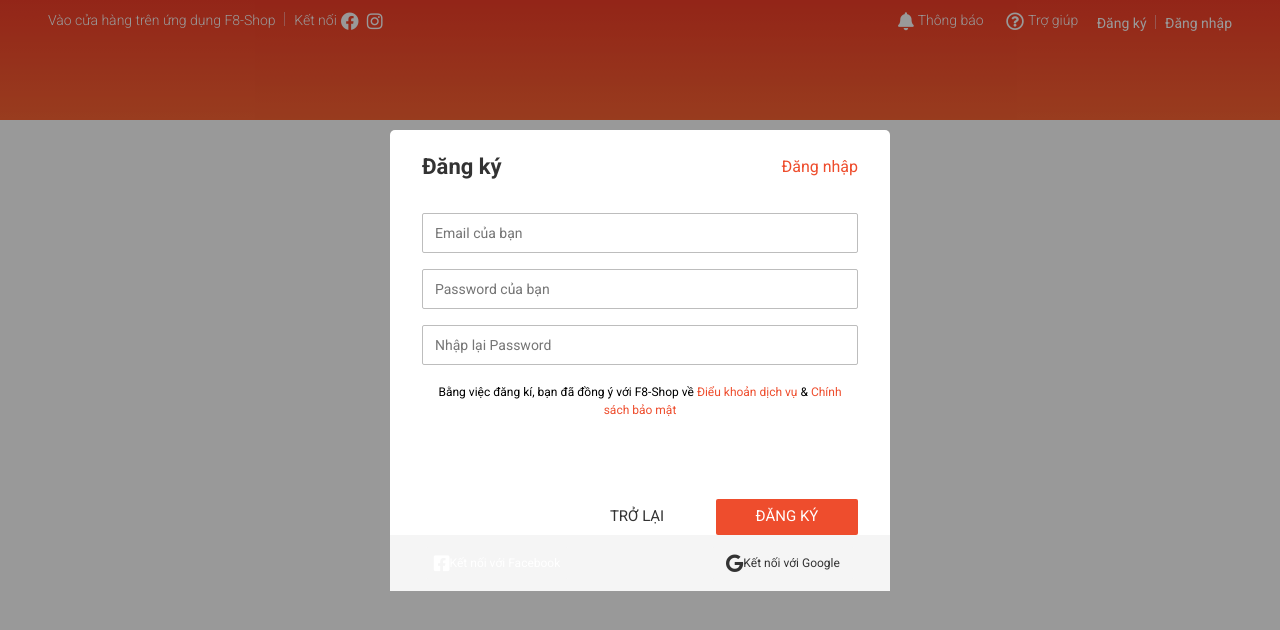
Repository: tvhoangit/tvhoangit.github.io
Page: Shoppe/index.html
The author's editor kept a copy of each file at every save. The page is drawn from the files as they stood at one save, then again after the next save.
The browser window is 1280 px wide. The pictures show the whole page.

Above is the page before, as saved 2021-10-17 11:47:45.

### Shoppe/index.html
<!DOCTYPE html>
<html lang="en">
<head>
    <meta charset="UTF-8">
    <meta http-equiv="X-UA-Compatible" content="IE=edge">
    <meta name="viewport" content="width=device-width, initial-scale=1.0">
    <title>Document</title>
    <link rel="stylesheet" href="https://cdnjs.cloudflare.com/ajax/libs/normalize/8.0.1/normalize.min.css">
    <link rel="stylesheet" href="./assets/css/base.css">
    <link rel="stylesheet" href="./assets/css/main.css">
    <link rel="stylesheet" href="./assets/fonts/fontawesome-free-5.15.4-web/fontawesome-free-5.15.4-web/css/all.min.css">
    <link href="https://fonts.googleapis.com/css2?family=Open+Sans&family=Roboto:wght@300;400;500;700;900&display=swap" rel="stylesheet">
</head>
<body>

    <div class="app">
        <header class="header">
            <div class="grid">
                <nav class="header__navbar">
                    <ul class="header__navbar-list">
                        <li class="header__navbar-item header__navbar-item--qr header__navbar-item--separate">
                            Vào cửa hàng trên ứng dụng F8-Shop
                            <div class="header__qr">
                                <img src="./assets/img/QR.png" alt="QR code" class="header__qr-img">
                                <div class="header__qr-apps">
                                    <a href="" class="header__qr-link">
                                        <img src="./assets/img/gg_play.jpg" alt="GG Play" class="header__qr-dowload-img">
                                    </a>
                                    <a href="" class="header__qr-link">
                                        <img src="./assets/img/apstore.jpg" alt="ApStore" class="header__qr-dowload-img">
                                    </a>
                                </div>
                            </div>
                        </li>
                        <li class="header__navbar-item">
                            <span class="header__navbar-title--no-pointer">Kết nối</span>
                            <a href="" class="header__navbar-icon-link">
                                <i class="header__navbar--icon fab fa-facebook"></i>
                            </a>
                            <a href="" class="header__navbar-icon-link">
                                <i class="header__navbar--icon fab fa-instagram"></i>
                            </a>
                        </li>
                    </ul>

                    <ul class="header__navbar-list">
                        <li class="header__navbar-item header__navbar-item--has-notify">
                            <i class="header__navbar--icon fas fa-bell"></i>
                            <a href="" class="header__navbar-item-link">Thông báo</a>
                            <div class="header__notify">
                                <header class="header__notify--header">
                                    <h3>Thông báo mới nhận</h3>
                                </header>
                                <ul class="header__notify-list">
                                    <li class="header__notify-item header__notify-item--viewed">
                                        <a href="" class="header__notify-link">
                                            <span>
                                                <img src="./assets/img/myphamohui.png" alt="" class="header__notify-img">
                                            </span>
                                            <div class="header__notify-info">
                                                <span class="header__notify-name">Mỹ phẩm Ohui chính hãng</span>
                                                <span class="header__notify-description">Mô tả</span>
                                            </div>
                                        </a>
                                    </li>
                                    <li class="header__notify-item">
                                        <a href="" class="header__notify-link">
                                            <span>
                                                <img src="./assets/img/myphamohui.png" alt="" class="header__notify-img">
                                            </span>
                                            <div class="header__notify-info">
                                                <span class="header__notify-name">Mỹ phẩm Ohui chính hãng</span>
                                                <span class="header__notify-description">Mô tả</span>
                                            </div>
                                        </a>
                                    </li>
                                    <li class="header__notify-item">
                                        <a href="" class="header__notify-link">
                                            <span>
                                                <img src="./assets/img/myphamohui.png" alt="" class="header__notify-img">
                                            </span>
                                            <div class="header__notify-info">
                                                <span class="header__notify-name">Mỹ phẩm Ohui chính hãng</span>
                                                <span class="header__notify-description">Mô tả</span>
                                            </div>
                                        </a>
                                    </li>
                                </ul>
                                <div class="header__notify-footer">
                                    <a href="" class="header__notify-footer-btn">Xem tất cả</a>
                                </div>
                            </div>
                        </li>
                        <li class="header__navbar-item">
                            <i class="header__navbar--icon far fa-question-circle"></i>
                            <a href="" class="header__navbar-item-link">Trợ giúp</a>
                        </li>
                        <li class="header__navbar-item header__navbar-item--strong header__navbar-item--separate">Đăng ký</li>
                        <li class="header__navbar-item header__navbar-item--strong">Đăng nhập</li>
                    </ul>
                </nav>
            </div>
        </header>
    </div>
    <div class="container">


    </div>
    <div class="footer">

    </div>


    <!-- Form Đăng ký đăng nhập -->
    <div class="modal">
        <div class="modal__overlay">

        </div>
        <div class="modal__body">
                <!-- authen form -->
            <div class="auth-form">
                <div class="auth-form__container">
                    <div class="auth-form__header">
                        <h3 class="auth-form__heading">Đăng ký</h3>
                        <span class="auth-form__switch-btn">Đăng nhập</span>
                    </div>
                    <div class="auth-form__form">
                        <div class="auth-form__group">
                            <input type="text" class="auth-form__input" placeholder="Email của bạn">
                        </div>
                        <div class="auth-form__group">
                            <input type="password" class="auth-form__input" placeholder="Password của bạn">
                        </div>
                        <div class="auth-form__group">
                            <input type="password" class="auth-form__input" placeholder="Nhập lại Password">
                        </div>
                    </div>
                    <div class="auth-form__aside">
                        <p class="auth-form__policy-text">
                            Bằng việc đăng kí, bạn đã đồng ý với F8-Shop về
                            <a href="" class="auth-form__text-link">Điểu khoản dịch vụ </a>&
                            <a href="" class="auth-form__text-link">Chính sách bảo mật</a>
                        </p>
                    </div>
                    <div class="auth-form__controls">
                        <button class="btn auth-form__controls-back">TRỞ LẠI</button>
                        <button class="btn btn--primary">ĐĂNG KÝ</button>
                    </div>
                </div>
                <div class="auth-form__socials">
                    <a href="" class="btn btn--size-s btn--width-icon auth-form__socials--facebook">
                        <i class="auth-form__socials-icon fab fa-facebook-square"></i>
                        Kết nối với Facebook
                    </a>
                    <a href="" class="btn btn--size-s btn--width-icon auth-form__socials--google">
                        <i class="auth-form__socials-icon fab fa-google"></i>
                        Kết nối với Google
                    </a>
                </div>
            </div>
        </div>
    </div>

</body>
</html>

### Shoppe/assets/css/base.css
:root{
    --primary-color: #EE4D2D;
    --white-color: #fff;
    --black-color: #000;
    --text-color: #333;
    --border-color: #bdbdbd;
}

*{
    box-sizing: inherit;
}

html{
    font-size: 62.5%;
    line-height: 1.6rem;
    font-family: 'Roboto', sans-serif;
    box-sizing: border-box;
}

.grid{
    width: 1200px;
    max-width: 100%;
    margin: 0 auto;
}

.grid__full-width{
    width: 100%;
}

.grid__row{
    display: flex;
    flex-wrap: wrap;
}

/* Animation */
@keyframes fadeIn {
    from {
        opacity: 0;
    }
    to {
        opacity: 1;
    }
}
/* Modal */
.modal {
    position: fixed;
    top: 0;
    right: 0;
    bottom: 0;
    left: 0;
    display: flex;
}
.modal__overlay {
    position: absolute;
    width: 100%;
    height: 100%;
    background-color: rgba(0, 0, 0, 0.4);
}
.modal__body {
    background-color: var(--white-color);
    margin: auto;
    position: relative;
    z-index: 1;
    border-radius: 5px;
}

/* button style */
.btn {
    min-width: 142px;
    height: 36px;
    text-decoration: none;
    border: none;
    border-radius: 2px;
    font-size: 1.5rem;
    padding: 0;
    background-color: var(--white-color);
    outline: none;
    cursor: pointer;
    color: var(--text-color);
    display: flex;
    align-items: center;
    justify-content: center;
}
.btn:hover {
    background-color: rgba(0, 0, 0, 0.05);
}
.btn.btn--size-s{
    height: 32px;
    font-size: 1.2rem;
    background-color: #F5F5F5;
}
.btn.btn--primary {
    background-color: var(--primary-color);
    color: var(--white-color);
}
.btn.btn--disabled {
    color: #949494;
    cursor: default;
    background-color: #c3c3c3;
}

### Shoppe/assets/css/main.css
.header {
    height: 120px;
    background-image: linear-gradient(0, #fe6433, #f53e28);
}
.header__navbar {
    display: flex;
    justify-content: space-between;
    padding-top: 8px;
}
.header__navbar-list {
    list-style: none;
    padding-left: 0;
    margin-top: 4px;
}
.header__navbar-item {
    display: inline-block;
    margin: 0 8px 0px 8px;
    position: relative;
    min-height: 26px;
}
.header__navbar-item--qr:hover .header__qr {
    display: block;
}
.header__navbar-item--has-notify:hover .header__notify {
    display: block;
}
.header__navbar-item,
.header__navbar-item-link {
    font-size: 1.4rem;
    color: var(--white-color);
    text-decoration: none;
    font-weight: 300;
}
.header__navbar-item:hover,
.header__navbar-icon-link:hover,
.header__navbar-item-link:hover {
    color: rgba(255, 255, 255, 0.7);
    cursor: pointer;
}
.header__navbar-item,
.header__navbar-item-link,
.header__navbar-icon-link{
    display: inline-flex;
    text-align: center;
}
.header__navbar-item--strong {
    font-weight: 400;
}
.header__navbar-item--separate::after {
    content: "";
    display: block;
    position: absolute;
    border-left: 1px solid #FB9086;
    height: 14px;
    right: -9px;
    top: 25%;
    transform: translateY(-50%);
}
.header__navbar-icon-link {
    color: var(--white-color);
    text-decoration: none;
}
.header__navbar--icon {
    font-size: 1.8rem;
    margin: 0 4px;
}
.header__navbar-title--no-pointer {
    cursor: text;
    color: var(--white-color);
}
.header__qr {
    width: 186px;
    background-color: var(--white-color);
    position: absolute;
    left: 0;
    top: 100%;
    padding: 8px;
    border-radius: 2px;
    display: none;
    animation: fadeIn ease 0.3s;
}
.header__qr-img {
    width: 100%;
}
.header__qr-apps {
    display: flex;
    justify-content: space-between;
}
.header__qr-link {
    margin: 0px 11px;
}
.header__qr-dowload-img {
    height: 15px;
}

/* Header notification */
.header__notify {
    position: absolute;
    top: 100%;
    width: 404px;
    right: 0;
    border: 1px solid #D3D3D3;
    background-color: var(--white-color);
    cursor: default;
    /* lấy tâm để dịch chuyển */
    transform-origin: calc(100% - 20px) top;
    animation: headerNotifyGrowth ease-in 0.2s;
    /* nói cho web biết thuộc tính gì sẽ thay đổi để tối ưu hơn */
    will-change: opacity, transform;
    display: none;
}
.header__notify::before {
    content: "";
    border-width: 20px 27px;
    border-style: solid;
    border-color: transparent transparent var(--white-color) transparent;
    position: absolute;
    right: 4px;
    top: -30px;
}
@keyframes headerNotifyGrowth {
    from {
        opacity: 0;
        transform: scale(0);
    }
    to {
        opacity: 1;
        transform: scale(1);
    }
}
.header__notify--header {
    height: 40px;
    background-color: var(--white-color);
    margin-top: -15px;
}
.header__notify--header h3 {
    color: #999;
    margin-right: 237px;
    font-weight: 400;
    font-size: 1.5rem;
    line-height: 40px;

}
.header__notify-list {
    padding-left: 0;
}
.header__notify-item {
    display: flex;
}
.header__notify-item:hover {
    background-color: #f7f7f7;
}
.header__notify-item--viewed {
    background-color: rgba(238,75,43,0.08);
}
.header__notify-link {
    display: flex;
    width: 100%;
    padding: 12px;
    text-decoration: none;
}
.header__notify-img {
    width: 48px;
}
.header__notify-info {
    margin-left: 12px;
}
.header__notify-name {
    display: block;
    font-size: 1.4rem;
    color: var(--text-color);
    font-weight: 400;
    line-height: 1.8rem;
}
.header__notify-description {
    display: block;
    font-size: 1.2rem;
    line-height: 1.6rem;
    color: #756F6E;
    text-align: left;
    margin-top: 4px;;
}
.header__notify-footer {
    height: 40px;
}
.header__notify-footer-btn {
    text-decoration: none;
    line-height: 40px;
    color: var(--text-color);
    padding: 8px 32px;
    font-weight: 400;
}

/* Authen modal */
.auth-form {
    width: 500px;
}
.auth-form__container {
    padding: 0 32px;
}
.auth-form__header {
    display: flex;
    align-items: center;
    justify-content: space-between;
    padding-top: 7px;
}
.auth-form__heading {
    font-size: 2.2rem;
    font: weight 400px;
    color: var(--text-color);
}
.auth-form__switch-btn {
    font-size: 1.6rem;
    color: var(--primary-color);
    font-weight: 400;
    cursor: pointer;
}
.auth-form__form {
}
.auth-form__input {
    width: 100%;
    height: 40px;
    margin-top: 16px;
    padding: 0 12px;
    font-size: 1.4rem;
    border: 1px solid var(--border-color);
    border-radius: 2px;
    outline: none;
}
.auth-form__input:focus {
    border-color: #888;
}
.auth-form__aside {
    margin-top: 18px;
}
.auth-form__policy-text {
    font-size: 1.2rem;
    line-height: 1.8rem;
    text-align: center;
    padding: 0 12px;
}
.auth-form__text-link {
    text-decoration: none;
    color: var(--primary-color);
}
.auth-form__controls {
    margin-top: 80px;
    display: flex;
    justify-content: flex-end;
}
.auth-form__controls-back {
    margin-right: 8px;
}
.auth-form__socials {
    background-color: #F5F5F5;
    padding: 12px 36px;
    display: flex;
    justify-content: space-between;
}
.auth-form__socials-icon {
    font-size: 1.8rem;
}
.auth-form__socials--facebook {
    background-color: #3A5A98;
    color: var(--white-color);
}
.auth-form__socials--facebook
.auth-form__socials--icon {
    color: var(--white-color);
}

Loaded but not shown: Shoppe/assets/fonts/fontawesome-free-5.15.4-web/fontawesome-free-5.15.4-web/css/all.min.css (library)

After the next save:
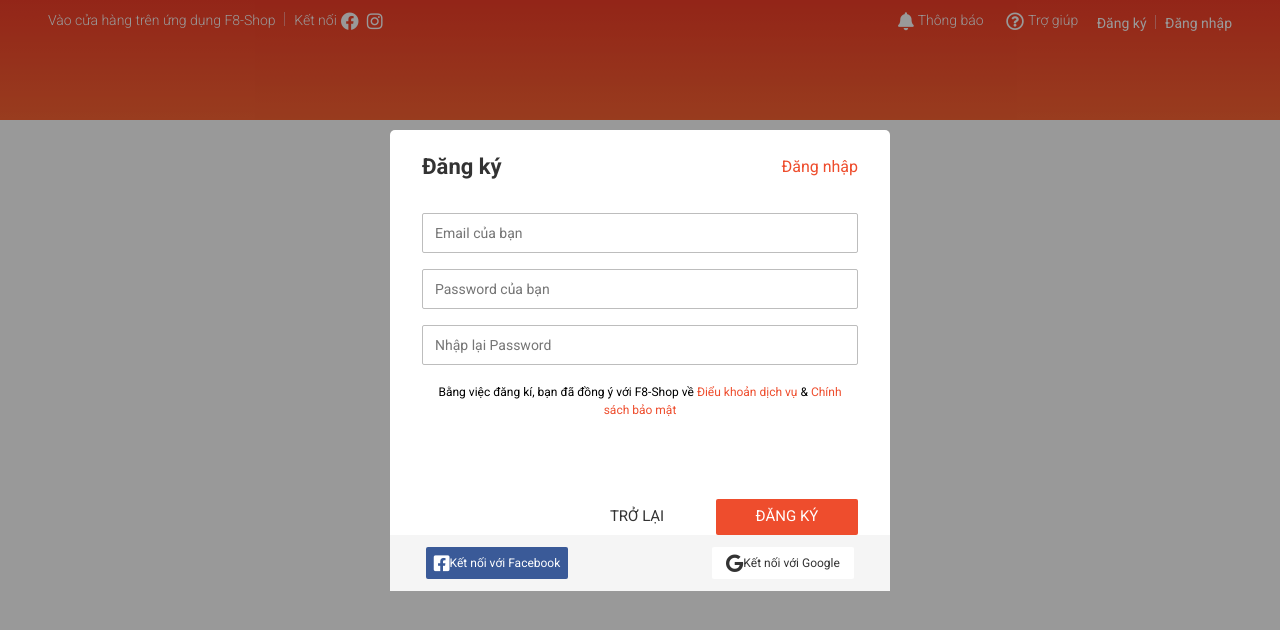
Saved 15 s later.
--- a/Shoppe/assets/css/base.css
+++ b/Shoppe/assets/css/base.css
@@ -87,7 +87,6 @@
 .btn.btn--size-s{
     height: 32px;
     font-size: 1.2rem;
-    background-color: #F5F5F5;
 }
 .btn.btn--primary {
     background-color: var(--primary-color);
